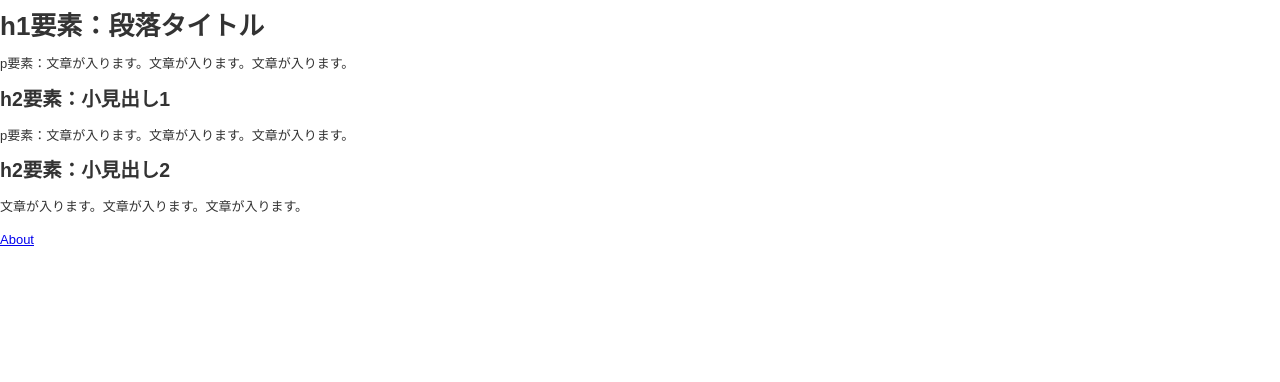
Repository: chao-21/samurai_HTML-CSS
Page: index.html
The author's editor kept a record of every edit. The page is drawn from the files as they stood at one moment, then again after the next edit.
The browser window is 1280 px wide. The pictures show the whole page.

Above is the page before.

After the next edit:
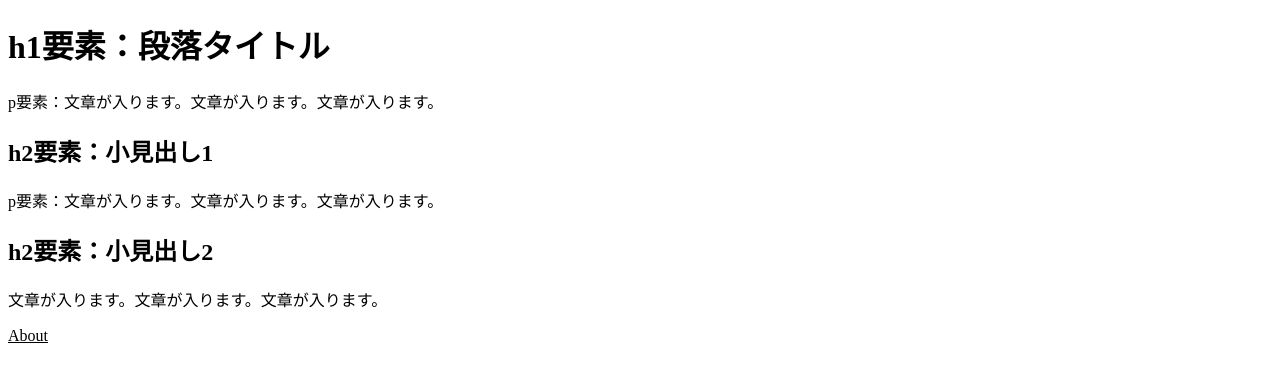
The edit:
--- a/index.html
+++ b/index.html
@@ -2,8 +2,15 @@
 <html lang="ja">
 <head>
   <meta charset="UTF-8">
-  <title>HTML/CSSの学習</title>
-  <link rel="stylesheet" href="stylesheet.css">
+  <style>
+    a:link{
+      color:black;
+    }
+
+    a:visited{
+      color: black;
+    }
+  </style>
 </head>
 <body>
   <h1 class="blue">h1要素：段落タイトル</h1>
